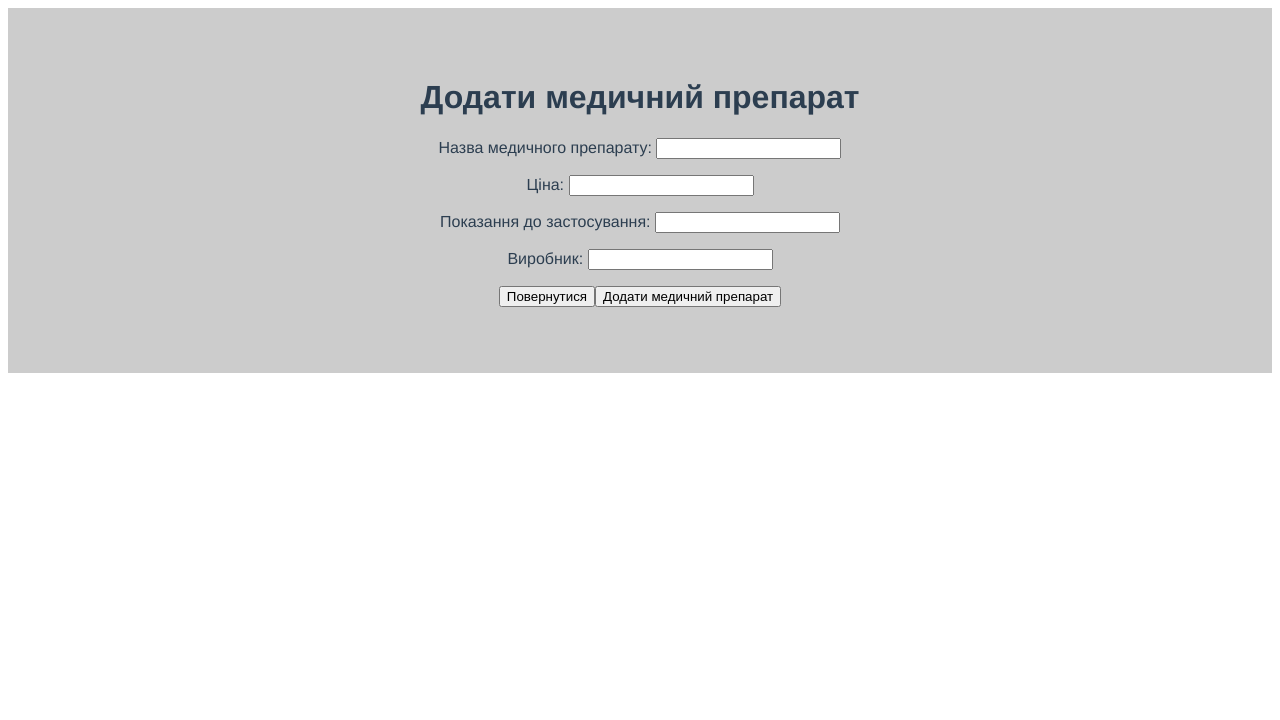
Repository: kristinap8/pharmacy
Page: /add_medicine
The author's editor kept a copy of each file at every save. The page is drawn from the files as they stood at one save, then again after the next save.
The browser window is 1280 px wide. The pictures show the whole page.
The project was rebuilt for these pictures with package versions that can differ from the ones it lists, and the page was loaded fresh each time. Also part of the build but not shown: src/components/EditMedicineForm/index.vue, src/pages/EditMedicine/index.vue, src/components/MedicinesList/MedicineCard/index.vue, src/components/MedicinesList/index.vue, src/pages/AllMedicines/index.vue, src/components/CartForm/index.vue, src/pages/Cart/index.vue.

Above is the page before, as saved 2020-12-09 23:41:15.

### src/main.js
import Vue from 'vue'
import App from './App.vue'
import router from "./router"
import store from "./store"

Vue.config.productionTip = false

new Vue({
  store,
  router,
  render: h => h(App),
}).$mount('#app')

### src/App.vue
<template>
  <div id="app">
    <router-view/>
  </div>
</template>

<script>
export default {
  name: "App",
  components: {},
};
</script>

<style>
#app {
  font-family: Avenir, Helvetica, Arial, sans-serif;
  -webkit-font-smoothing: antialiased;
  -moz-osx-font-smoothing: grayscale;
  color: #2c3e50;
}
</style>

### src/router.js
import Vue from "vue";
import VueRouter from "vue-router";
import AddMedicine from "@/pages/AddMedicine";
import EditMedicine from "@/pages/EditMedicine";
import AllMedicines from "@/pages/AllMedicines";
import Cart from "@/pages/Cart";

Vue.use(VueRouter);

const routes=[
    {
        path:'/',
        name:'all-medicines',
        component:AllMedicines
    },
    {
        path:'/edit_medicine/:medicine_id',
        name:'edit-medicine',
        component:EditMedicine
    },
    {
        path:'/add_medicine',
        name:'add-medicine',
        component:AddMedicine
    },
    {
        path:'/cart',
        name:'cart',
        component:Cart
    },

]

const router=new VueRouter({
    mode:"history",
    routes
});

export default router;

### src/store/index.js
import Vue from "vue";
import Vuex from "vuex";
import { v4 as uuid_v4 } from 'uuid'

Vue.use(Vuex)
const store=new Vuex.Store({
    state:{
      medicinesList:[
          {
              id:1,
              name:'Но-шпа',
              price:60.48,
              requirements:"Спазми гладкої мускулатури, пов'язані з захворюваннями біліарного тракту: холецистолітіаз, холангіолітіаз, холецистит, перихолецистит, холангіт, папіліт. Спазми гладкої мускулатури при захворюваннях сечового тракту: нефролітіаз, уретролітіаз, пієліт, цистит, тенезми сечового міхура.",
              maker:"Chinoin (Угорщина)"

          },
          {
            id:2,
            name:"Діазолін",
            price:19.19,
            requirements:"Профілактика і лікування сезонного та алергічного риніту, полінозу, кропив'янки, харчової та медикаментозної алергії, дерматозів, що супроводжуються свербежем шкіри (екзема, нейродерміт).",
            maker:"Фармак ОАО (Україна, Київ)"

        },
        {
            id:3,
            name:"Амоксил",
            price:81.77,
            requirements:"Інфекції органів дихання, сечостатевої системи, травного тракту (у тому числі у комбінації з метронідазолом або кларитроміцином застосовують для лікування захворювань, асоційованих із Helicobacter pylori), шкіри та м’яких тканин, спричинені чутливими до лікарського засобу мікроорганізмами.",
            maker:"Киевмедпрепарат ОАО (Україна, Київ)"

        }
      ],
      cart:[],
      cartItemsCount:0
    },
    mutations:{
        addMedicine(state, data) {
            state.medicinesList.push({
             id: uuid_v4(),
             ...data,
           })
         },
         deleteMedicine(state,id){
             let medicines=state.medicinesList.filter(medicine=>medicine.id!=id)
             state.medicinesList=medicines;
         },
         editMedicine(state,medicine){
             state.medicinesList.forEach(m=>{
                 if(m.id==medicine.id){
                     m=medicine;
                 }
             } )
         },
         addToCart(state,medicine){
            let isMedicineExists=state.cart.find(m => m.id == medicine.id);

            if (isMedicineExists) {
                isMedicineExists.quantity ++;
                isMedicineExists.totalPrice = (isMedicineExists.quantity * isMedicineExists.price).toFixed(2);
            } else {
                state.cart.push(medicine);

                Vue.set(medicine, 'quantity', 1);
                Vue.set(medicine, 'totalPrice', medicine.price);
            }
             state.cartItemsCount++
         },
         deleteItemFromCart(state,medicine){
            let index = state.cart.indexOf(medicine);
            if (index > -1) {
                let item= state.cart[index];
                state.cartItemsCount -= item.quantity;
                state.cart.splice(index, 1);
            }
         }
    },
    actions:{
        addMedicine({ commit }, medicine) {
            commit('addMedicine', medicine)
         },
          deleteMedicine({commit},id){
              commit('deleteMedicine',id)
          },
          editMedicine({commit},medicine){
              commit('editMedicine',medicine)
          },
          addToCart({commit},medicine){
              commit('addToCart',medicine)
          },
          deleteItemFromCart({commit},medicine){
              commit("deleteItemFromCart",medicine)
          }

    },
    getters:{
        getMedicines:(state)=> state.medicinesList,
        getMedicineById:(state)=>(id)=>{return state.medicinesList.find(m=>m.id===id)},
        getMedicinesInCart:(state)=>state.cart,
     },
    modules:{

    }
})

export default store

### src/pages/AddMedicine/index.vue
<template>
    <div>
       <add-medicine-form/>
    </div>
</template>

<script>
import AddMedicineForm from "../../components/AddMedicineForm"
    export default {
        name:"AddMedicine",
        components: {
            AddMedicineForm,
        },
    }
</script>

<style lang="scss" scoped>

</style>

### src/components/AddMedicineForm/index.vue
<template>
    <div class="form">
        <h1>Додати медичний препарат</h1>
      <p class="form-row">
    <label>
        Назва медичного препарату:
        <input type="text" v-model="name"/>
    </label>
    </p>
    <p class="form-row">
    <label>
        Ціна:
        <input type="number" v-model="price"/>
    </label>
    </p>
    <p class="form-row">
    <label>
        Показання до застосування:
        <input type="text" v-model="requirements"/>
    </label>
    </p>
    <p class="form-row">
    <label>
        Виробник:
        <input type="text" v-model="maker"/>
    </label>
    </p>
    <p>
    <router-link to="/" tag="button" >Повернутися</router-link>
    <button @click="onAddMedicine" >
        Додати медичний препарат
    </button>
    </p>
    </div>
</template>

<script>
import { mapActions } from 'vuex'

    export default {
        name:"AddMedicineForm",
        data() {
            return {
            name: null,
            price: null,
            requirements: null,
            maker: null,
            }
        },
        methods: {
            ...mapActions(['addMedicine']),
            onAddMedicine() {
                const{name,price,requirements,maker}=this
                this.addMedicine({
                    name,
                    price,
                    requirements,
                    maker
                })
                this.$router.push('/')
            }
        },
    }
</script>

<style lang="scss" scoped>
.form{
    text-align: center;
    padding: 50px;
    background: #ccc;

}


</style>

Loaded but not shown: public/index.html (common file)

After the next save:
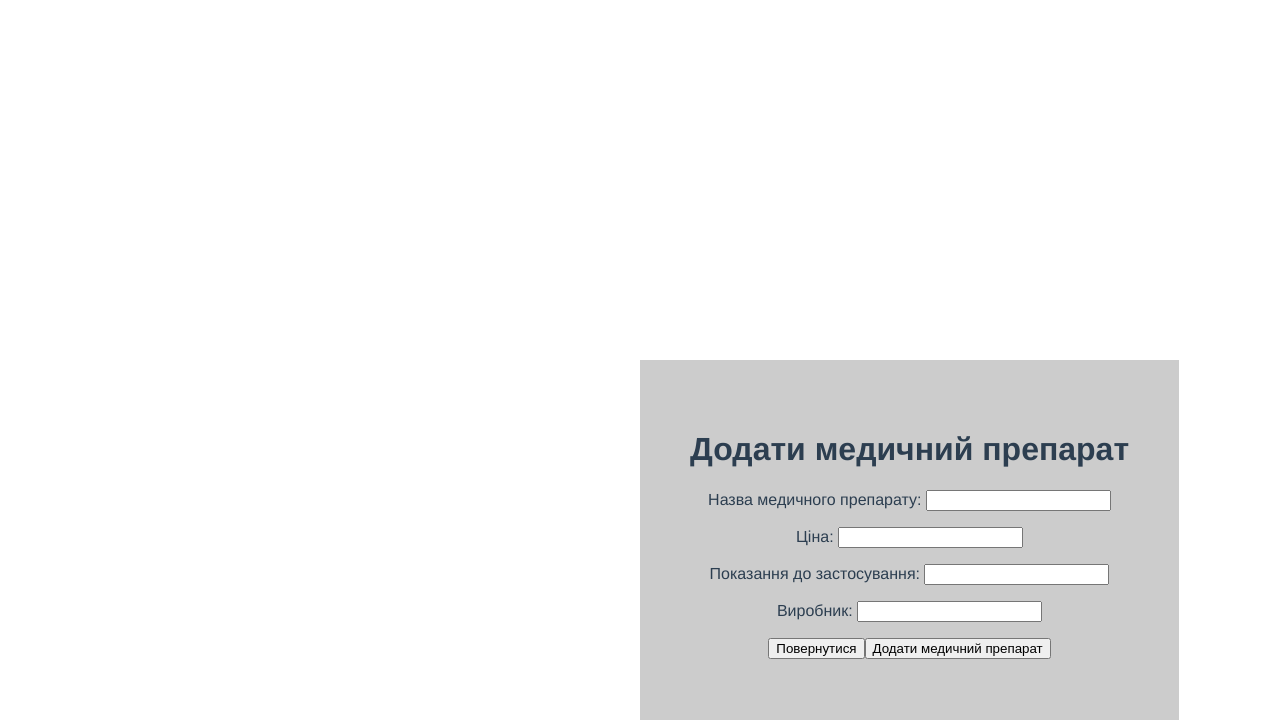
Saved 25 s later.
--- a/src/components/AddMedicineForm/index.vue
+++ b/src/components/AddMedicineForm/index.vue
@@ -68,6 +68,7 @@ import { mapActions } from 'vuex'
     text-align: center;
     padding: 50px;
     background: #ccc;
+    position: fixed; top: 50%; left: 50%;
 
 }
 

After the save that followed:
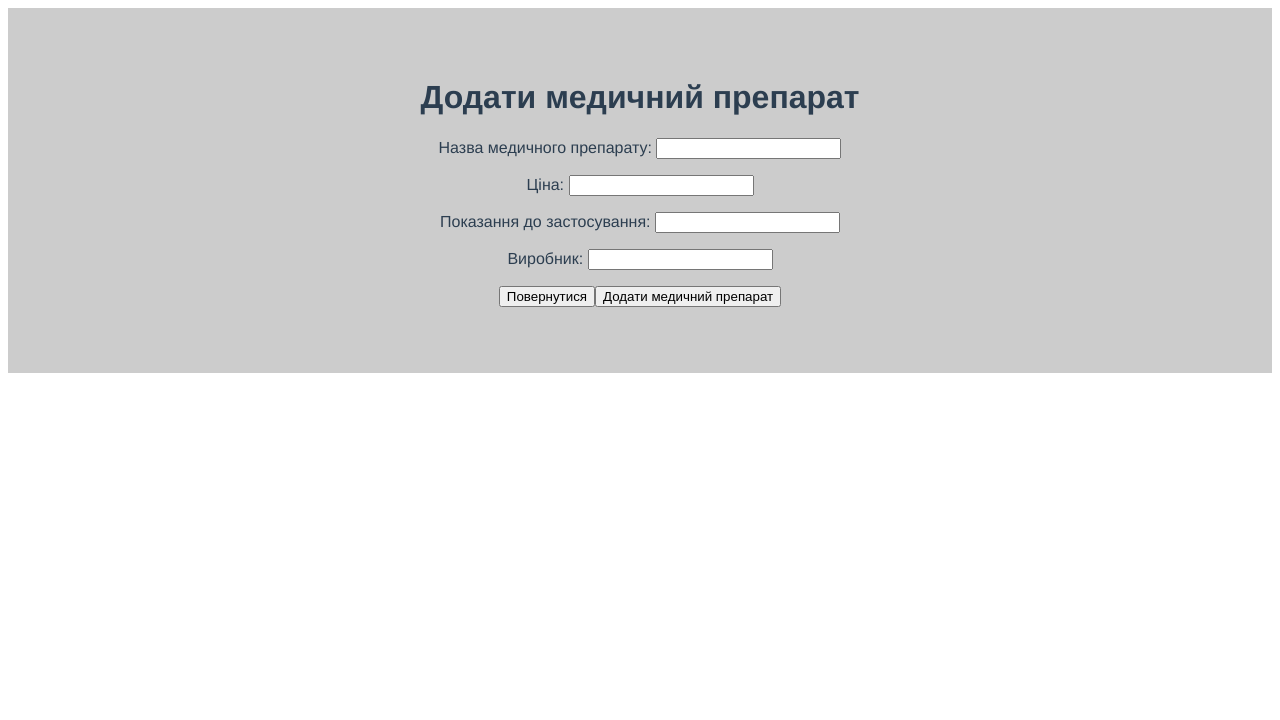
Saved 12 s later.
--- a/src/components/AddMedicineForm/index.vue
+++ b/src/components/AddMedicineForm/index.vue
@@ -68,7 +68,7 @@ import { mapActions } from 'vuex'
     text-align: center;
     padding: 50px;
     background: #ccc;
-    position: fixed; top: 50%; left: 50%;
+    top: 50%; left: 50%;
 
 }
 
